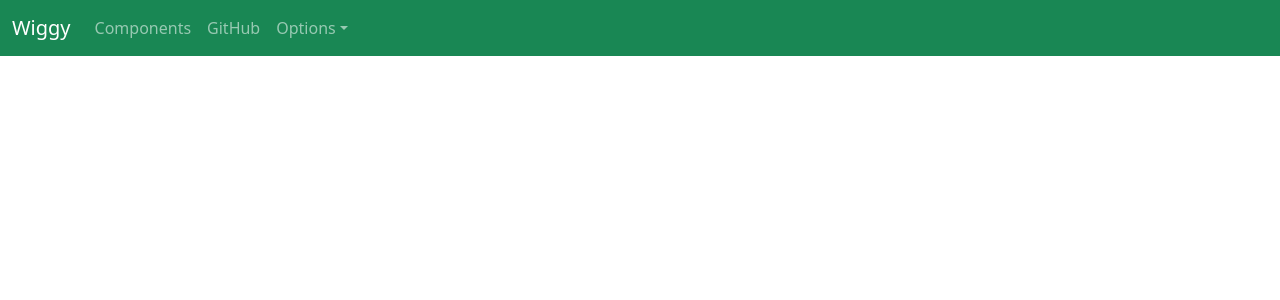
Repository: MohammadGulshan/wiggy
Page: / (app in client/)
These files come from the project's save history. The page is drawn as it stood at one moment and after the next save; the edit follows.
The browser window is 1280 px wide. The pictures show the whole page.
The project was rebuilt for these pictures with package versions that can differ from the ones it lists, and the page was loaded fresh each time. Also part of the build but not shown: client/src/App.css.

Above is the page before, as saved 2020-12-11 02:14:40.

After the next save:
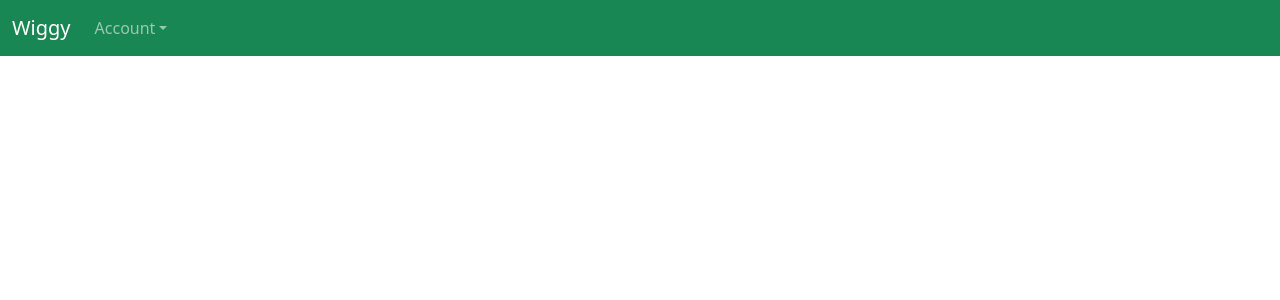
Saved 73 s later.
--- a/client/src/components/AppNavbar.js
+++ b/client/src/components/AppNavbar.js
@@ -24,26 +24,20 @@
         <NavbarToggler onClick={toggle} />
         <Collapse isOpen={isOpen} navbar>
           <Nav className="ml-auto" navbar>
-            <NavItem>
-              <NavLink href="/components/">Components</NavLink>
-            </NavItem>
-            <NavItem>
-              <NavLink href="https://github.com/reactstrap/reactstrap">GitHub</NavLink>
-            </NavItem>
             <UncontrolledDropdown nav inNavbar>
               <DropdownToggle nav caret>
-                Options
+                Account
               </DropdownToggle>
               <DropdownMenu right>
                 <DropdownItem>
-                  Option 1
+                  Profile
                 </DropdownItem>
                 <DropdownItem>
-                  Option 2
+                  Orders
                 </DropdownItem>
                 <DropdownItem divider />
                 <DropdownItem>
-                  Reset
+                  Logout
                 </DropdownItem>
               </DropdownMenu>
             </UncontrolledDropdown>
